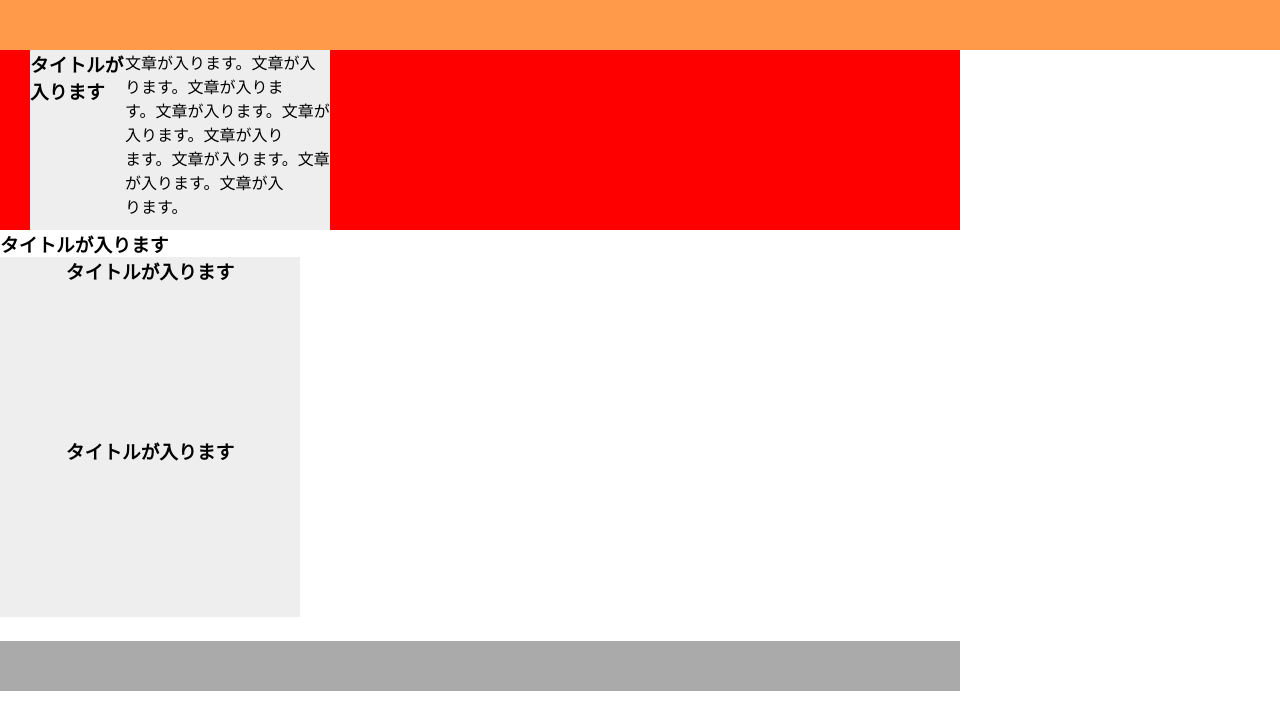
Repository: yesohnuki/shinya-ohnuki
Page: caravan/10.html
The author's editor kept a record of every edit. The page is drawn from the files as they stood at one moment, then again after the next edit.
The browser window is 1280 px wide. The pictures show the whole page.

Above is the page before.

After the next edit:
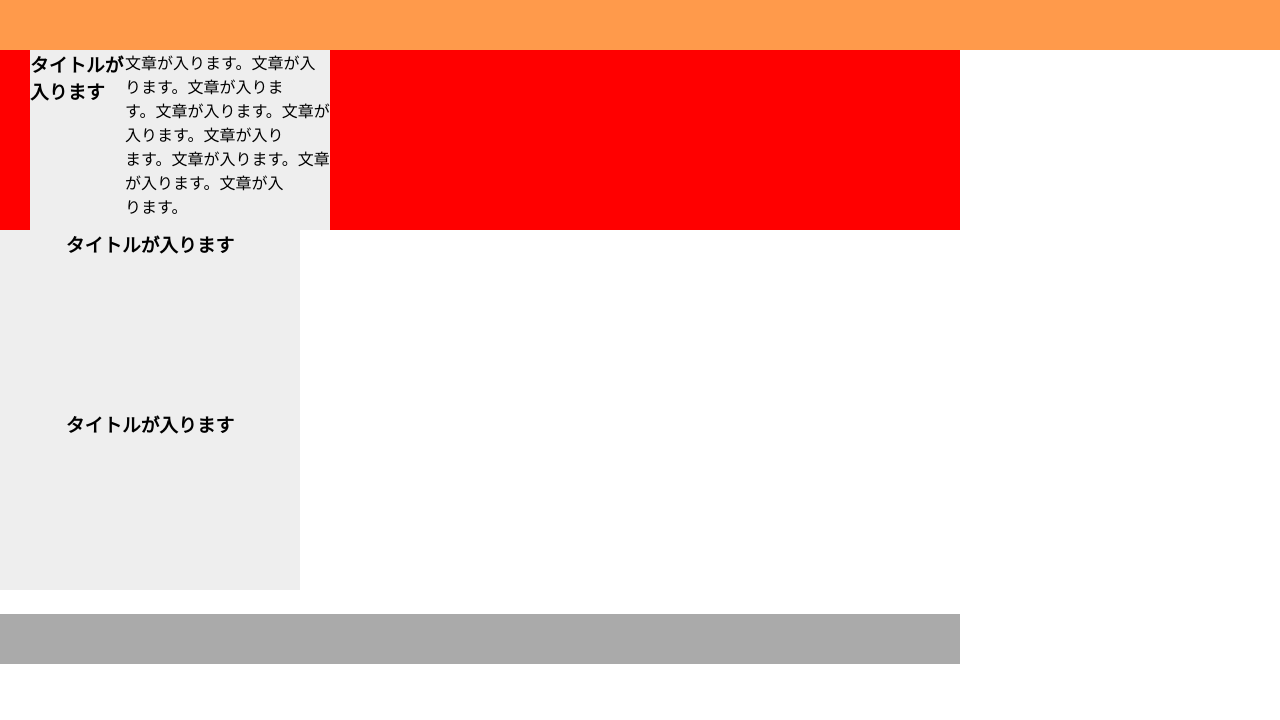
The edit:
--- a/caravan/10.html
+++ b/caravan/10.html
@@ -21,8 +21,6 @@
           ります。<br />
         </p>
     </div>
-       <h3 class="blog-heading">タイトルが入ります</h3>
-      </section>
 
 
        <h3 class="sidebar-left">タイトルが入ります</h3>
